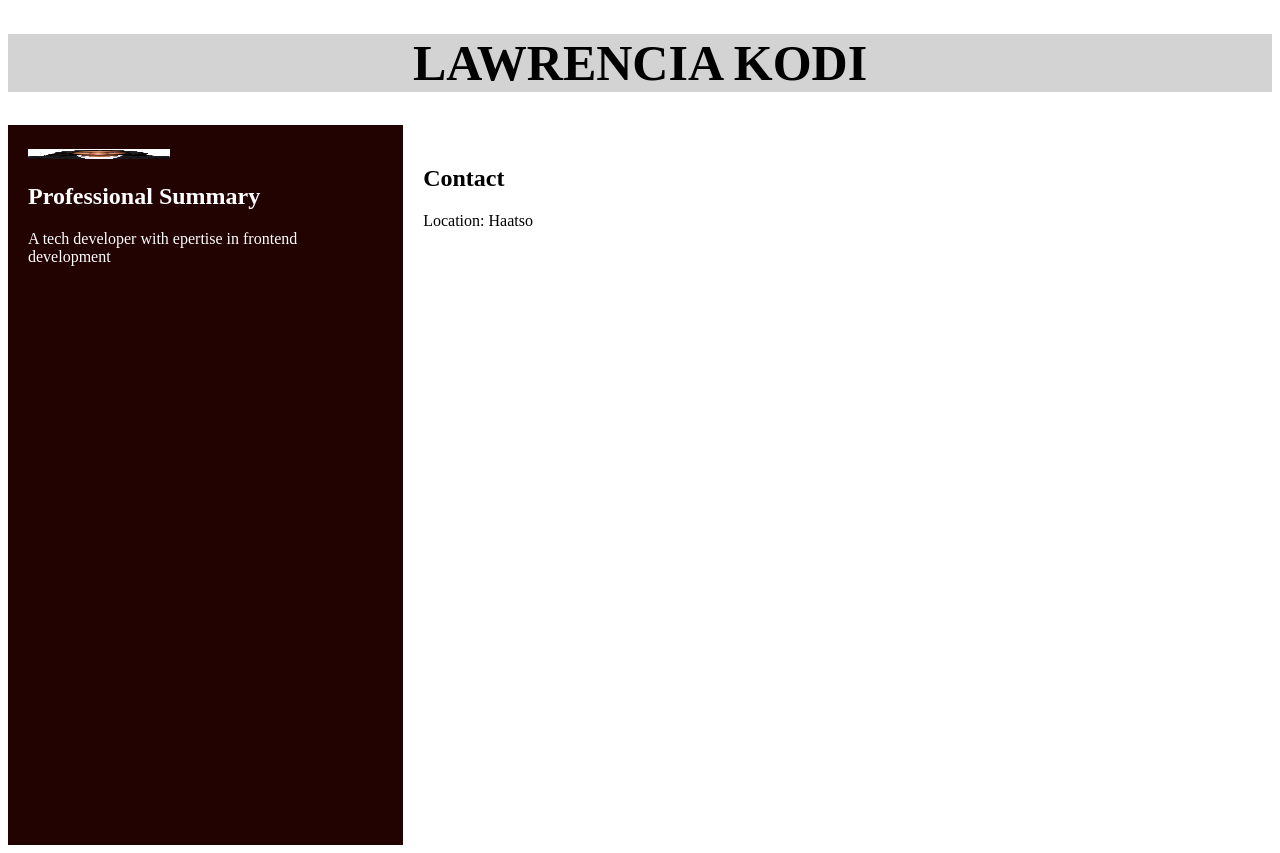
Repository: lawrencia-coder/T4G_CV
Page: index.html
An editor plug-in stored every save of this project. The page is shown before and after a run of saves, followed by the edit.
The browser window is 1280 px wide. The pictures show the whole page.
Some web libraries are served in a nearby version.

Above is the page before, as saved 2026-07-09 08:01:44.

After the next 3 saves:
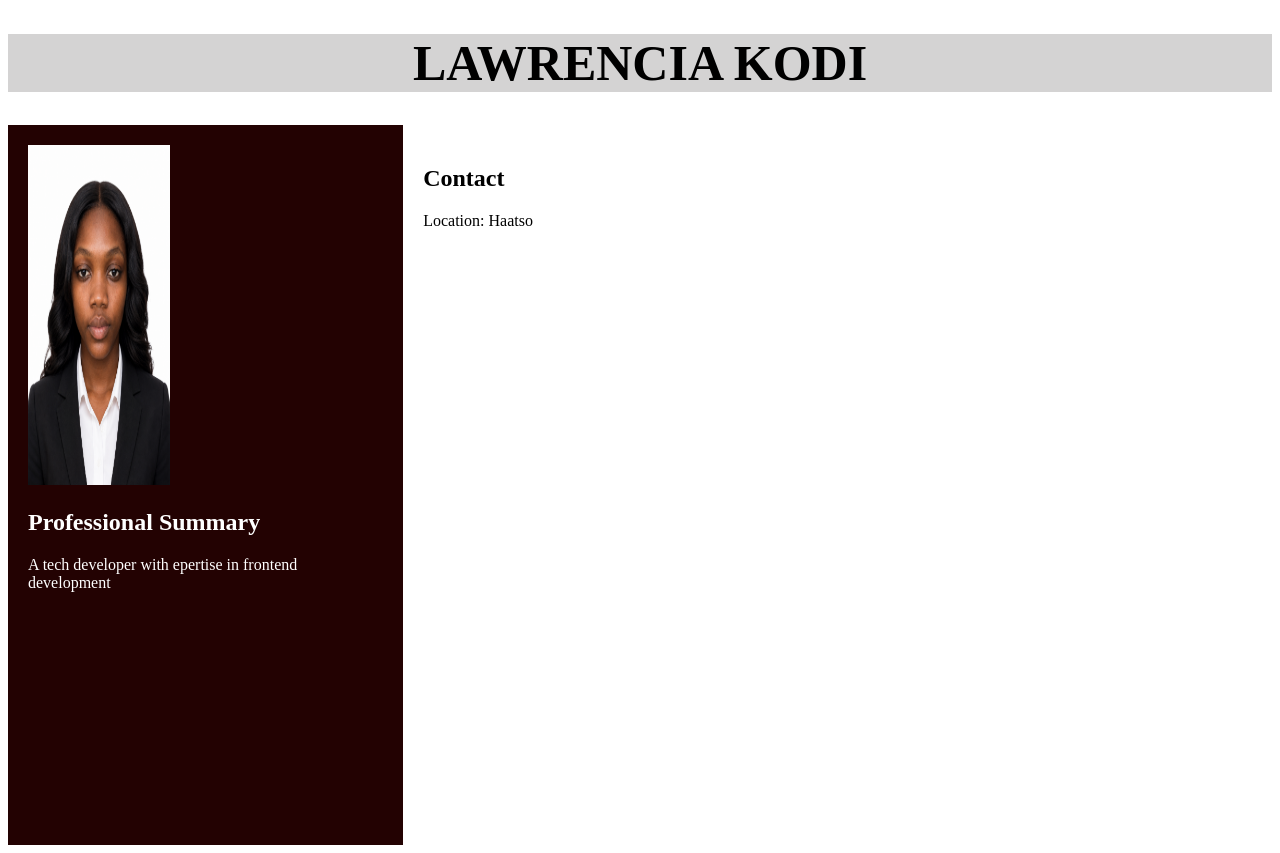
The 3 saves are shown as one change because they came seconds apart.
The last was saved 8 s later.
--- a/index.html
+++ b/index.html
@@ -11,7 +11,7 @@
     <h1>LAWRENCIA KODI</h1>
     <div class="cv-container">
         <div class="left-column">
-            <img src="images/passport pic 1.png" alt="" width="40%" height="10px">
+            <img src="images/passport pic 1.png" alt="" width="40%" height="50%">
             <h2>Professional Summary</h2>
               <p>A tech developer with epertise in frontend development</p>
         </div>
